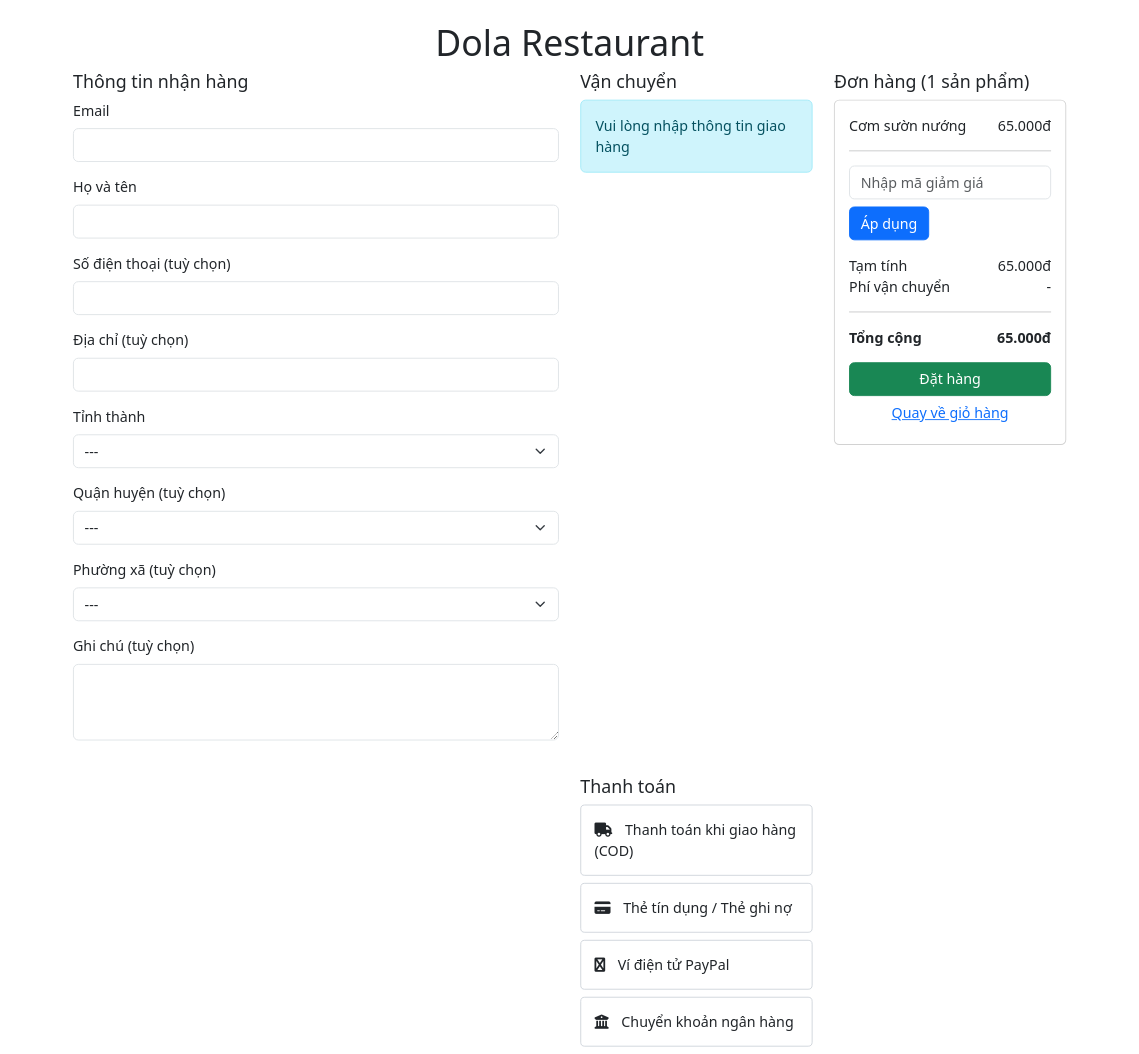
Repository: HoangKhangKhuPho4/Project_Web
Page: payment.html
The author's editor kept a copy of each file at every save. The page is drawn from the files as they stood at one save, then again after the next save.
The browser window is 1280 px wide. The pictures show the whole page, at 89% of full size.

Above is the page before, as saved 2025-01-02 23:21:02.

### payment.html
<!DOCTYPE html>
<html lang="en">
<head>
    <meta charset="UTF-8">
    <meta name="viewport" content="width=device-width, initial-scale=1.0">
    <title>Dola Restaurant</title>
    <link href="https://cdn.jsdelivr.net/npm/bootstrap@5.3.0-alpha3/dist/css/bootstrap.min.css" rel="stylesheet">
    <!-- Font Awesome for icons -->
    <link href="https://cdnjs.cloudflare.com/ajax/libs/font-awesome/6.4.0/css/all.min.css" rel="stylesheet">
    <style>
        /* Custom styles for payment methods */
        .payment-method {
            border: 1px solid #ced4da;
            border-radius: 5px;
            padding: 15px;
            margin-bottom: 10px;
            cursor: pointer;
            transition: border-color 0.3s, box-shadow 0.3s;
        }
        .payment-method:hover {
            border-color: #80bdff;
            box-shadow: 0 0 10px rgba(0,123,255,0.25);
        }
        .payment-method input {
            display: none;
        }
        .payment-method.selected {
            border-color: #0d6efd;
            background-color: #e7f1ff;
            box-shadow: 0 0 10px rgba(13, 110, 253, 0.25);
        }
        .payment-method .fa {
            margin-right: 10px;
        }
    </style>
</head>
<body>
    <div class="container mt-4">
        <h1 class="text-center">Dola Restaurant</h1>
        <!-- Hàng đầu tiên: Form, Vận chuyển, Đơn hàng -->
        <div class="row">
            <!-- Form Section -->
            <div class="col-lg-6">
                <h5>Thông tin nhận hàng</h5>
                <form>
                    <div class="mb-3">
                        <label for="email" class="form-label">Email</label>
                        <input type="email" class="form-control" id="email" placeholder="">
                    </div>
                    <div class="mb-3">
                        <label for="fullname" class="form-label">Họ và tên</label>
                        <input type="text" class="form-control" id="fullname" placeholder="">
                    </div>
                    <div class="mb-3">
                        <label for="phone" class="form-label">Số điện thoại (tuỳ chọn)</label>
                        <input type="text" class="form-control" id="phone" placeholder="">
                    </div>
                    <div class="mb-3">
                        <label for="address" class="form-label">Địa chỉ (tuỳ chọn)</label>
                        <input type="text" class="form-control" id="address" placeholder="">
                    </div>
                    <div class="mb-3">
                        <label for="province" class="form-label">Tỉnh thành</label>
                        <select class="form-select" id="province">
                            <option selected>---</option>
                            <option value="1">Hà Nội</option>
                            <option value="2">TP Hồ Chí Minh</option>
                            <!-- Add more options as needed -->
                        </select>
                    </div>
                    <div class="mb-3">
                        <label for="district" class="form-label">Quận huyện (tuỳ chọn)</label>
                        <select class="form-select" id="district">
                            <option selected>---</option>
                            <!-- Add options dynamically if needed -->
                        </select>
                    </div>
                    <div class="mb-3">
                        <label for="ward" class="form-label">Phường xã (tuỳ chọn)</label>
                        <select class="form-select" id="ward">
                            <option selected>---</option>
                            <!-- Add options dynamically if needed -->
                        </select>
                    </div>
                    <div class="mb-3">
                        <label for="notes" class="form-label">Ghi chú (tuỳ chọn)</label>
                        <textarea class="form-control" id="notes" rows="3"></textarea>
                    </div>
                </form>
            </div>

            <!-- Shipping Section -->
            <div class="col-lg-3">
                <h5>Vận chuyển</h5>
                <div class="alert alert-info" role="alert">
                    Vui lòng nhập thông tin giao hàng
                </div>
                <!-- Bạn có thể thêm các thông tin hoặc tùy chọn vận chuyển ở đây nếu cần -->
            </div>

            <!-- Order Section -->
            <div class="col-lg-3">
                <h5>Đơn hàng (1 sản phẩm)</h5>
                <div class="card">
                    <div class="card-body">
                        <div class="d-flex justify-content-between">
                            <span>Cơm sườn nướng</span>
                            <span>65.000đ</span>
                        </div>
                        <hr>
                        <div class="mb-3">
                            <input type="text" class="form-control" placeholder="Nhập mã giảm giá">
                            <button class="btn btn-primary mt-2">Áp dụng</button>
                        </div>
                        <div class="d-flex justify-content-between">
                            <span>Tạm tính</span>
                            <span>65.000đ</span>
                        </div>
                        <div class="d-flex justify-content-between">
                            <span>Phí vận chuyển</span>
                            <span>-</span>
                        </div>
                        <hr>
                        <div class="d-flex justify-content-between fw-bold">
                            <span>Tổng cộng</span>
                            <span>65.000đ</span>
                        </div>
                        <button class="btn btn-success w-100 mt-3">Đặt hàng</button>
                        <a href="#" class="btn btn-link w-100">Quay về giỏ hàng</a>
                    </div>
                </div>
            </div>
        </div>

        <!-- Hàng thứ hai: Thanh toán nằm dưới Vận chuyển -->
        <div class="row mt-4">
            <div class="col-lg-3 offset-lg-6">
                <h5>Thanh toán</h5>
                <div class="payment-method form-check mb-2">
                    <input class="form-check-input" type="radio" name="paymentMethod" id="cod" value="cod" checked>
                    <label class="form-check-label" for="cod">
                        <i class="fa fa-truck"></i> Thanh toán khi giao hàng (COD)
                    </label>
                </div>
                <div class="payment-method form-check mb-2">
                    <input class="form-check-input" type="radio" name="paymentMethod" id="credit-card" value="credit-card">
                    <label class="form-check-label" for="credit-card">
                        <i class="fa fa-credit-card"></i> Thẻ tín dụng / Thẻ ghi nợ
                    </label>
                </div>
                <div class="payment-method form-check mb-2">
                    <input class="form-check-input" type="radio" name="paymentMethod" id="paypal" value="paypal">
                    <label class="form-check-label" for="paypal">
                        <i class="fa fa-paypal"></i> Ví điện tử PayPal
                    </label>
                </div>
                <div class="payment-method form-check mb-2">
                    <input class="form-check-input" type="radio" name="paymentMethod" id="bank-transfer" value="bank-transfer">
                    <label class="form-check-label" for="bank-transfer">
                        <i class="fa fa-university"></i> Chuyển khoản ngân hàng
                    </label>
                </div>
            </div>
        </div>
    </div>

    <!-- Bootstrap Bundle with Popper.js -->
    <script src="https://cdn.jsdelivr.net/npm/bootstrap@5.3.0-alpha3/dist/js/bootstrap.bundle.min.js"></script>
    <!-- Optional: jQuery for handling selection (if needed) -->
    <script src="https://code.jquery.com/jquery-3.6.0.min.js"></script>
    <script>
        // jQuery to handle the selection of payment methods
        $(document).ready(function(){
            $('.payment-method').on('click', function(){
                $('.payment-method').removeClass('selected');
                $(this).addClass('selected');
                $(this).find('input').prop('checked', true);
            });
        });
    </script>
</body>
</html>

After the next save:
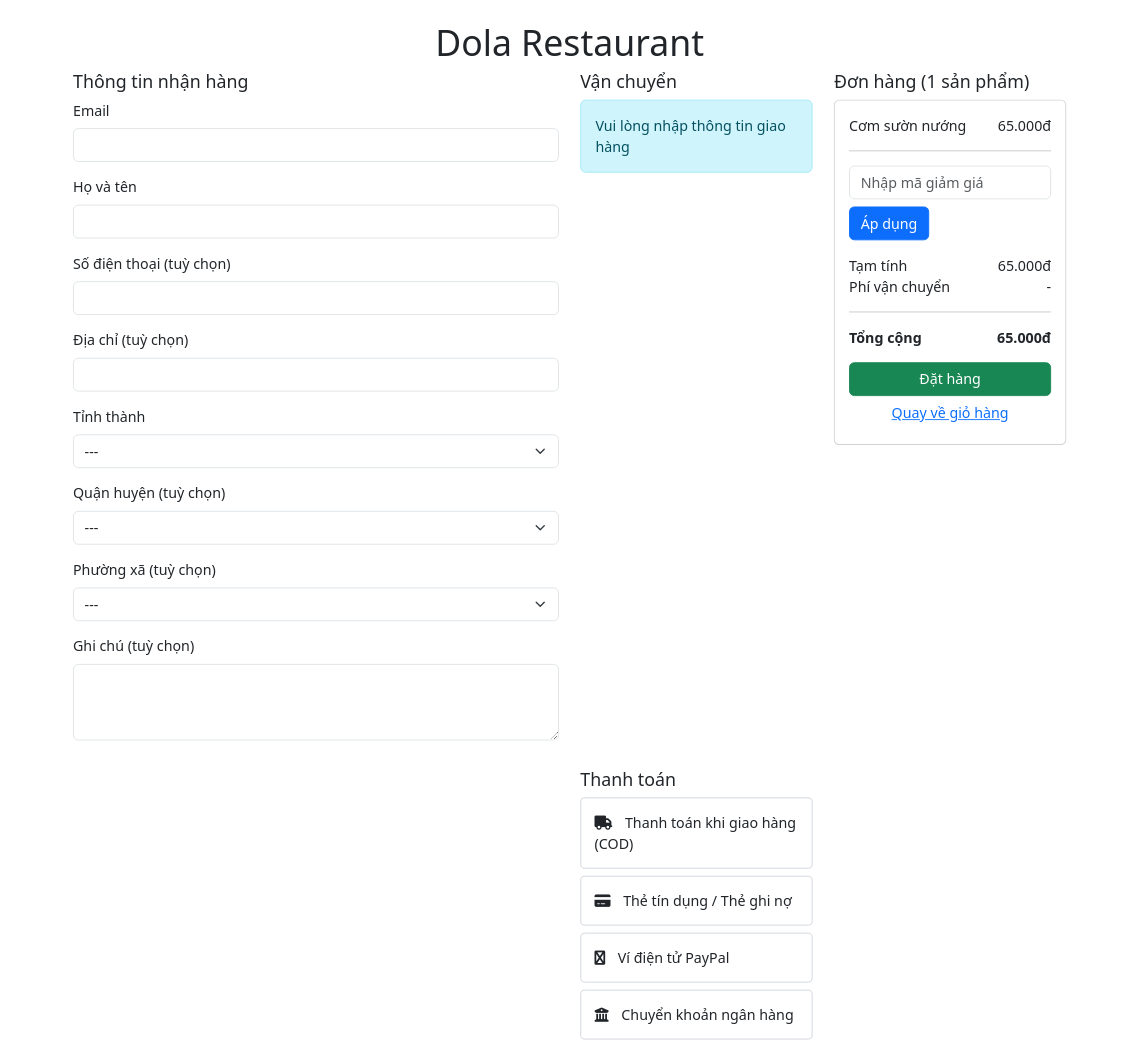
Saved 3 min 37 s later.
--- a/payment.html
+++ b/payment.html
@@ -133,7 +133,7 @@
         </div>
 
         <!-- Hàng thứ hai: Thanh toán nằm dưới Vận chuyển -->
-        <div class="row mt-4">
+        <div class="row mt-3"> <!-- Thay đổi từ mt-4 thành mt-3 -->
             <div class="col-lg-3 offset-lg-6">
                 <h5>Thanh toán</h5>
                 <div class="payment-method form-check mb-2">
